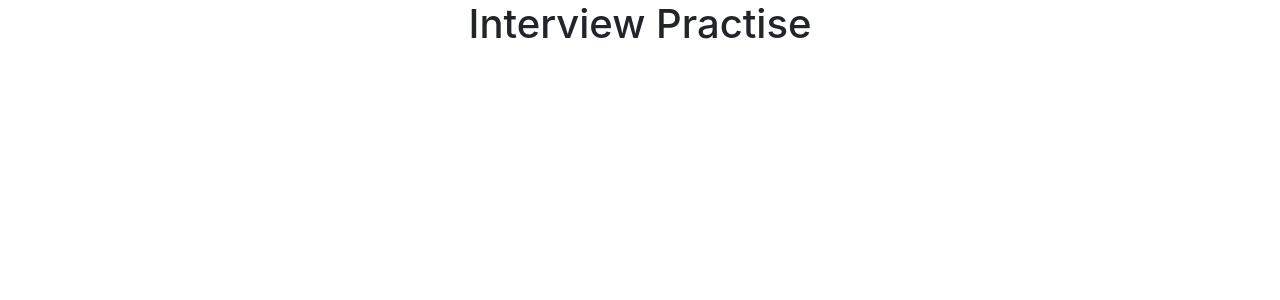
Repository: punitbathija/Machine-Round-React
Page: /
An editor plug-in stored every save of this project. The page is shown before and after the next save, followed by the edit.
The browser window is 1280 px wide. The pictures show the whole page.
The project was rebuilt for these pictures with package versions that can differ from the ones it lists, and the page was loaded fresh each time. Also part of the build but not shown: src/components/counter.jsx, src/components/ProgressBar.js, src/components/CurrencyCoverter.js, src/components/TempratureConveter.js, src/components/Tc.js.

Above is the page before, as saved 2023-06-02 13:38:09.

After the next save:
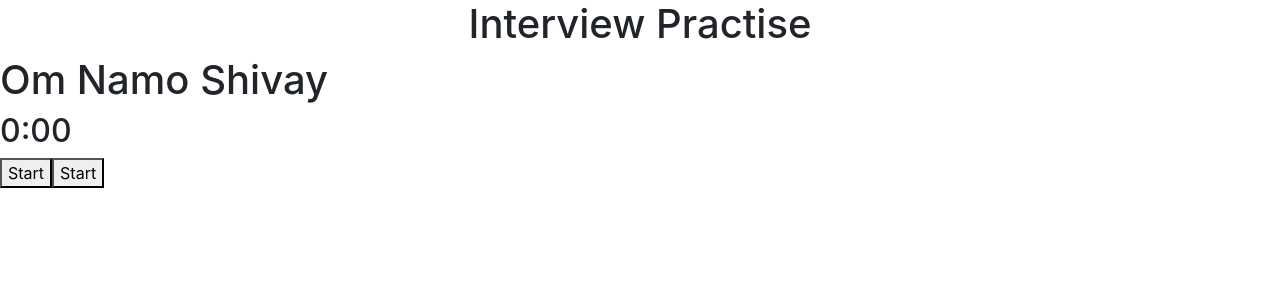
Saved 10 s later.
--- a/src/index.js
+++ b/src/index.js
@@ -6,6 +6,7 @@ import ProgressBar from "./components/ProgressBar";
 import CurrencyCoverter from "./components/CurrencyCoverter";
 import TempratureConveter from "./components/TempratureConveter";
 import Tc from "./components/Tc";
+import Stopwatch from "./components/stopwatch";
 // import FetchApi from "./components/FetchApi";
 
 const root = ReactDOM.createRoot(document.getElementById("root"));
@@ -18,5 +19,6 @@ root.render(
     {/* <CurrencyCoverter /> */}
     {/* <TempratureConveter /> */}
     {/* <Tc /> */}
+    <Stopwatch />
   </>
 );
